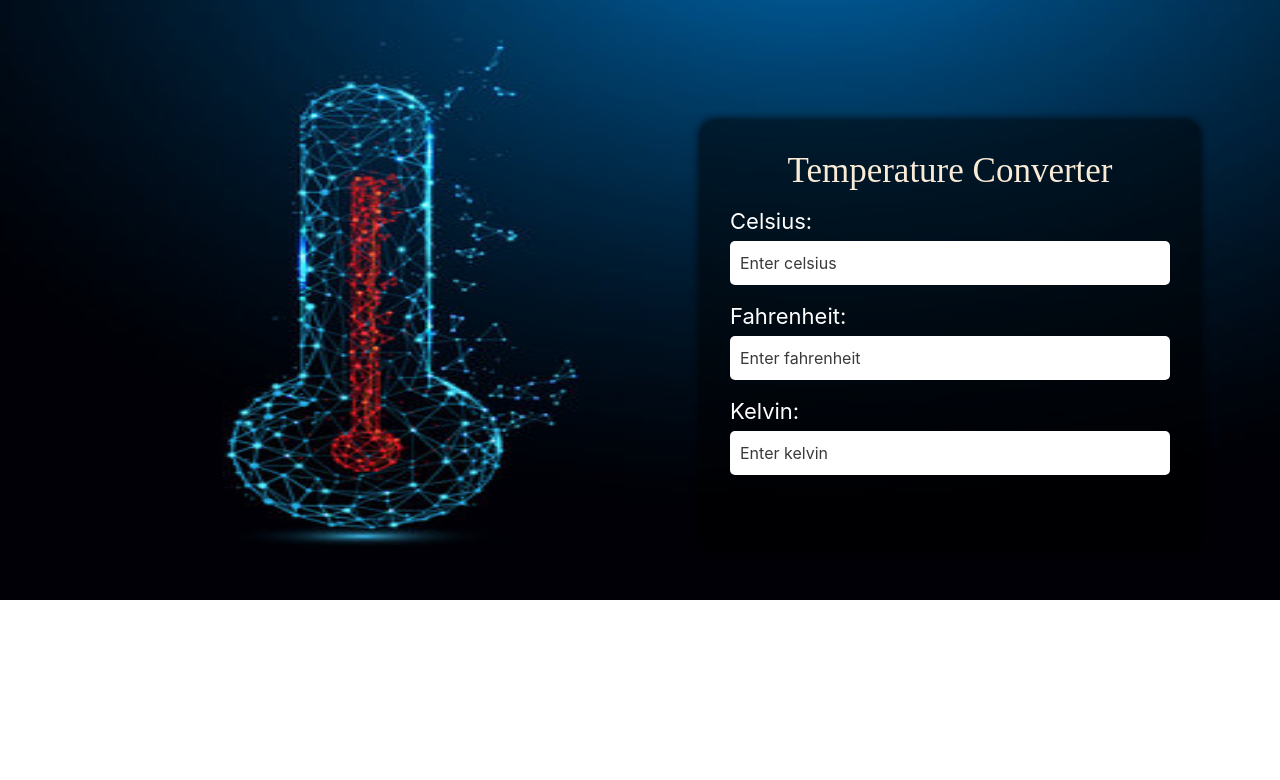
Repository: Yashashwinidutt/CodeAlpha_Temperature_Converter
Page: index.html
An editor plug-in stored every save of this project. The page is shown before and after the next save, followed by the edit.
The browser window is 1280 px wide. The pictures show the whole page.

Above is the page before, as saved 2023-09-03 21:04:35.

### index.html
<!DOCTYPE html>
<html lang="en">
<head>
  <meta charset="UTF-8">
  <meta name="viewport" content="width=device-width, initial-scale=1.0">
  <meta http-equiv="X-UA-Compatible" content="ie=edge">

  <link rel="stylesheet" href="https://maxcdn.bootstrapcdn.com/bootstrap/4.0.0/css/bootstrap.min.css" integrity="sha384-Gn5384xqQ1aoWXA+058RXPxPg6fy4IWvTNh0E263XmFcJlSAwiGgFAW/dAiS6JXm" crossorigin="anonymous">
  <link rel="stylesheet" href="style.css">

  <title>Temperature Converter</title>

</head>
<body>

  <div class="container form-box">
    <h1 id="heading">Temperature Converter</h1>
    <div class="row justify-content-md-center">
      <div class=" col-md-12 text-center ">
        <div id="celsius">
          <label>Celsius:</label>
          <input type="number" class="form-control form-control-lg form-padding" id="input-celsius" placeholder="Enter celsius">

        </div>

        <div id="fahrenheit">
          <label>Fahrenheit:</label>
          <input type="number" class="form-control form-control-lg form-padding" id="input-fahrenheit" placeholder="Enter fahrenheit">

        </div>

        <div id="kelvin">
          <label>Kelvin:</label>
          <input type="number" class="form-control form-control-lg form-padding" id="input-kelvin" placeholder="Enter kelvin">

        </div>

      </div>

    </div>

  </div>

  <script src="main.js" charset="utf-8"></script>
  <footer>
    <p>By Yashashwini Dutt Dubey</p>
    <p><em>Project created for CodeAlpha</em></p>
  </footer>
</body>
</html>

### style.css

body{
  margin-top: 60px;
  text-align:center;
  width: 100vw;
  height: 100vh;
  background: url("bgimg.jpg");
  background-repeat: no-repeat;
  background-size: 1600px 600px;
  overflow-y: hidden;
}

#heading{
font-size: 35px;
font-family: cursive;
color: antiquewhite;
}


.form-box{
	background-color: rgba(0, 0, 0, 0.5);
	margin-top: 60px;
	padding: 30px;
	box-shadow: 0 0 10px #000;
	position: absolute;
	margin-left: 700px;
	width: 500px;
	height: 430px;
	-webkit-border-radius: 15px;
	-moz-border-radius: 15px;
	-ms-border-radius: 15px;
	-o-border-radius: 15px;
	border-radius: 15px;
}
.form-box:before {
	width: 100%;
	height: 100%;
	background-size: cover;
	content: "";
	position: fixed;
	left: 0;
	right: 0;
	top: 0;
	bottom: 0;
	z-index: -1;
	display: block;
	filter: blur(2px);
}

.form-box input {
	margin: 10px 0px;
	border: none;
	padding: 10px;
	border-radius: 5px;
	width: 100%;
	font-size: 18px;
	font-family: "Helvetica Neue",;
}

.form-box label {
	position: relative;
    text-align: left;
	top: 5px;
    float:left;
    font-size: 22px;
    color: #FFFFFF;
}

.form-box span {
	font-size: 14px;
}


input[type=number] {
  cursor: pointer;
  color: rgb(58, 58, 58);
}

#input-celsius{
  background-color: white;
  font-size: 1rem;
}

#input-fahrenheit{
  background-color: white;
  font-size: 1rem;
}

#input-kelvin{
  background-color: white;
  font-size: 1rem;
}

.form-padding {
  padding: 2rem 1rem;
}

::-webkit-input-placeholder {
  color: rgb(58, 58, 58) !important;
}
::-moz-placeholder {
  color: rgb(58, 58, 58) !important;
}
:-ms-input-placeholder {
  color: rgb(58, 58, 58) !important;
}
:-moz-placeholder {
  color: rgb(58, 58, 58) !important;
}

footer{
  position: fixed;
  left: 0;
  bottom: 0;
  width: 100%;
  padding-top: 10px;
  padding-bottom: 10px;
  font-size: 0.7rem;
  line-height: 0.2rem;
  text-align:center;
  color: #FFFFFF;
}

### main.js
const celsiusInput = document.querySelector('#celsius > input');
const fahrenheitInput = document.querySelector('#fahrenheit > input');
const kelvinInput = document.querySelector('#kelvin > input');

const roundToTwoDP = (num) => {
  return num.toFixed(2);
};


const celsiusToFaAndKe = () => {
  const celsiusTemp = parseFloat(celsiusInput.value);
  const fahrenheitTemp = (celsiusTemp * 1.8) + 32;
  const kelvinTemp = celsiusTemp + 273.15;

  fahrenheitInput.value = roundToTwoDP(fahrenheitTemp);
  kelvinInput.value = roundToTwoDP(kelvinTemp);
};


const fahrenheitToCeAndKe = () => {
  const fahrenheitTemp = parseFloat(fahrenheitInput.value);
  const celsiusTemp = (fahrenheitTemp - 32) * (5 / 9);
  const kelvinTemp = (fahrenheitTemp + 459.67) * (5 / 9);

  celsiusInput.value = roundToTwoDP(celsiusTemp);
  kelvinInput.value = roundToTwoDP(kelvinTemp);
};

const kelvinToCeAndFa = () => {
  const kelvinTemp = parseFloat(kelvinInput.value);
  const celsiusTemp = kelvinTemp - 273;
  const fahrenheitTemp =  1.8 * (kelvinTemp - 273) + 32;

  celsiusInput.value = roundToTwoDP(celsiusTemp);
  fahrenheitInput.value = roundToTwoDP(fahrenheitTemp);
};


const main = () => {
  celsiusInput.addEventListener('input', celsiusToFaAndKe);
  fahrenheitInput.addEventListener('input', fahrenheitToCeAndKe);
  kelvinInput.addEventListener('input', kelvinToCeAndFa);
};

main();

After the next save:
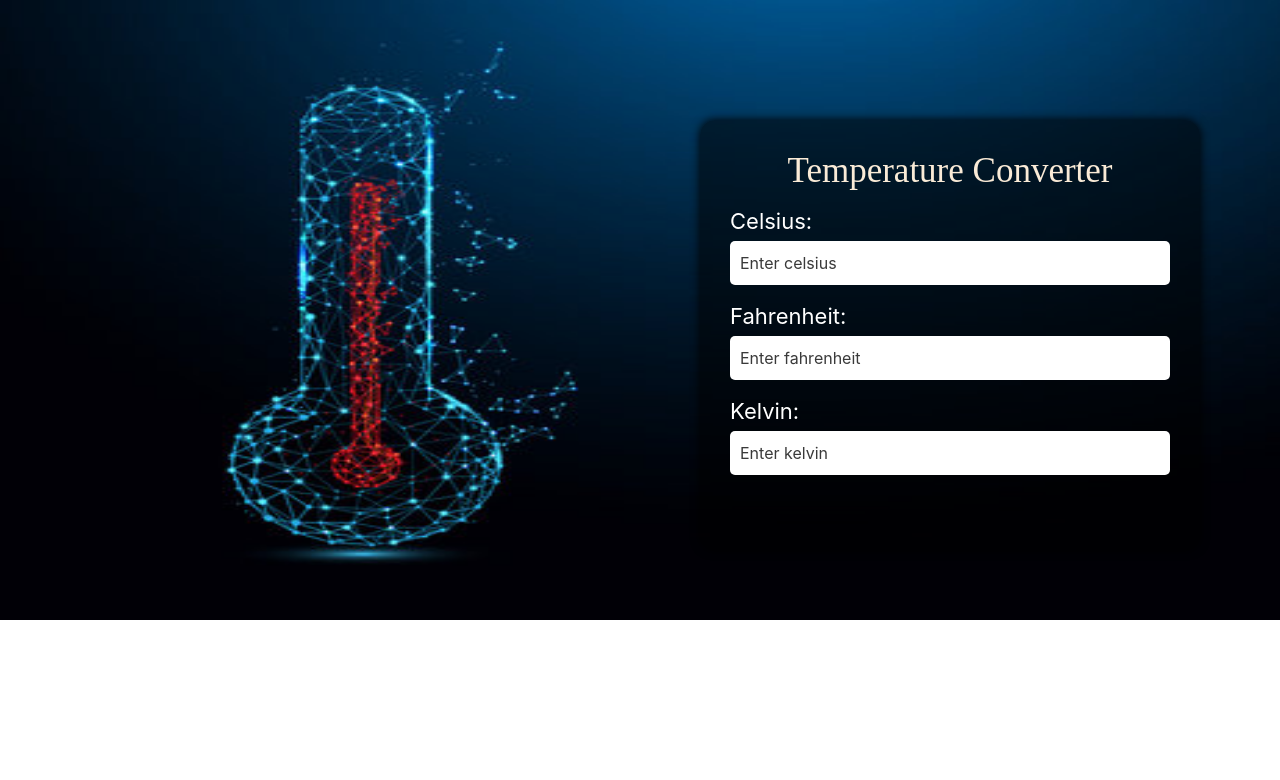
Saved 14 s later.
--- a/style.css
+++ b/style.css
@@ -6,7 +6,7 @@ body{
   height: 100vh;
   background: url("bgimg.jpg");
   background-repeat: no-repeat;
-  background-size: 1600px 600px;
+  background-size: 1600px 620px;
   overflow-y: hidden;
 }
 
